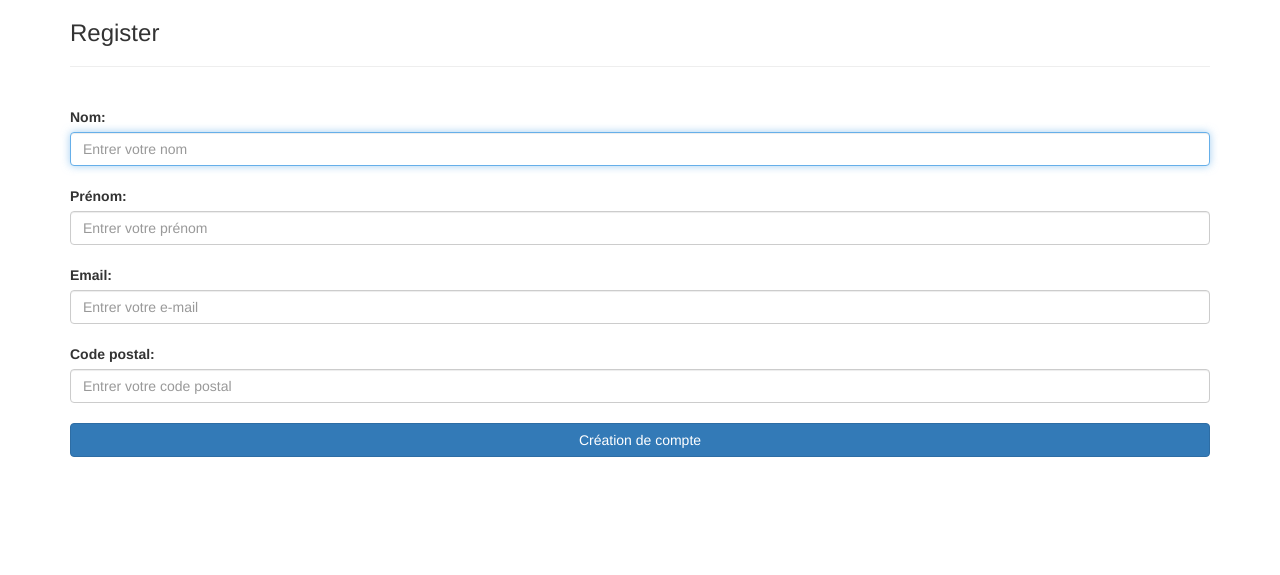
Repository: GouverneurOlivier/JEE_GARDE
Page: http://localhost/JeeGarde/CreationCpt
These files come from the project's save history. The page is drawn as it stood at one moment and after the next save; the edit follows.
The browser window is 1280 px wide. The pictures show the whole page.
The page is served by Tomcat 9. Other server files are loaded and not shown.

Above is the page before, as saved 2017-04-06 12:39:57.

### JeeGarde/WebContent/WEB-INF/CreationCpt.jsp
<%@ page pageEncoding="UTF-8"%>
<%@ taglib uri="http://java.sun.com/jsp/jstl/core" prefix="c"%>
<!DOCTYPE html PUBLIC "-//W3C//DTD HTML 4.01 Transitional//EN" "http://www.w3.org/TR/html4/loose.dtd">
<html>
<head>
<meta http-equiv="Content-Type" content="text/html; charset=UTF-8">
<link href="./ASSETS/css/bootstrap.min.css" rel="stylesheet" media="screen">

<title>Register</title>
</head>
<body>

	<div class="container">
		<div class="wrapper">
			<form action="CreationCpt" method="post" class="form-signin">
			<h3 class="form-signin-heading">Register</h3>
				<hr class="colorgraph">
				<br>
				<label>Nom:</label>
				<input type="text" class="form-control" name="nom"	placeholder="Entrer votre nom" required="" autofocus="" /><br>
				<label>Prénom:</label>
				<input type="text" class="form-control" name="prenom"	placeholder="Entrer votre prénom" required="" autofocus="" /><br>
				<label>Email:</label>
				<input type="text" class="form-control" name="email"	placeholder="Entrer votre e-mail" required="" autofocus="" /><br>
				<label>Code postal:</label>
				<input type="text" class="form-control" name="codePostal"	placeholder="Entrer votre code postal" required="" autofocus="" /><br>
				<button class="btn btn-md btn-primary btn-block" name="Creation" value="Creation" type="Submit">Création de compte</button>
			</form>
		</div>
	</div>
</body>
</html>

### JeeGarde/src/controleurs/controleurCreationCpt.java
package controleurs;

import java.io.IOException;
import javax.servlet.ServletException;
import javax.servlet.annotation.WebServlet;
import javax.servlet.http.HttpServlet;
import javax.servlet.http.HttpServletRequest;
import javax.servlet.http.HttpServletResponse;

import beans.beanCpt;
import beans.beanCreation;
import models.modelCreationCpt;

@WebServlet("/controleurCreationCpt")
public class controleurCreationCpt extends HttpServlet {
	private static final long serialVersionUID = 1L;

    public controleurCreationCpt() {
        super();

    }

	protected void doGet(HttpServletRequest request, HttpServletResponse response) throws ServletException, IOException {
		this.getServletContext().getRequestDispatcher("/WEB-INF/CreationCpt.jsp").forward(request,response);
	}

	protected void doPost(HttpServletRequest request, HttpServletResponse response) throws ServletException, IOException {
		beanCpt cpt=new beanCpt();
		cpt.setFamille(request.getParameter("famille"));

		modelCreationCpt modelCpt=new modelCreationCpt();
		modelCpt.creationCptFamille(cpt);

		beanCreation Creation =new beanCreation();
		Creation.setNom(request.getParameter("nom"));
		Creation.setPrenom(request.getParameter("prenom"));
		Creation.setEmail(request.getParameter("email"));
		Creation.setCodePostal(request.getParameter("codePostal"));

		modelCreationCpt modelCrea = new modelCreationCpt();
		modelCrea.CreationCptUser(Creation,cpt);

		this.getServletContext().getRequestDispatcher("/WEB-INF/Main.jsp").forward(request,response);
	}

}

Loaded but not shown: JeeGarde/WebContent/ASSETS/css/bootstrap.min.css (library)

After the next save:
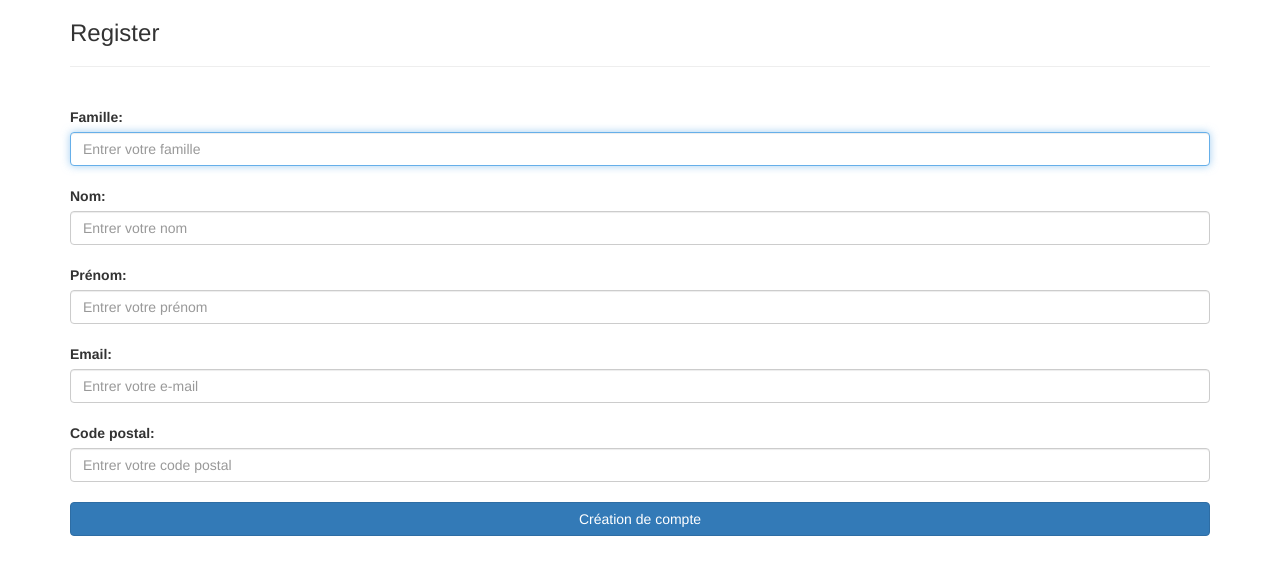
Saved 73 s later.
--- a/JeeGarde/WebContent/WEB-INF/CreationCpt.jsp
+++ b/JeeGarde/WebContent/WEB-INF/CreationCpt.jsp
@@ -16,6 +16,8 @@
 			<h3 class="form-signin-heading">Register</h3>
 				<hr class="colorgraph">
 				<br>
+				<label>Famille:</label>
+				<input type="text" class="form-control" name="famille"	placeholder="Entrer votre famille" required="" autofocus="" /><br>
 				<label>Nom:</label>
 				<input type="text" class="form-control" name="nom"	placeholder="Entrer votre nom" required="" autofocus="" /><br>
 				<label>Prénom:</label>
